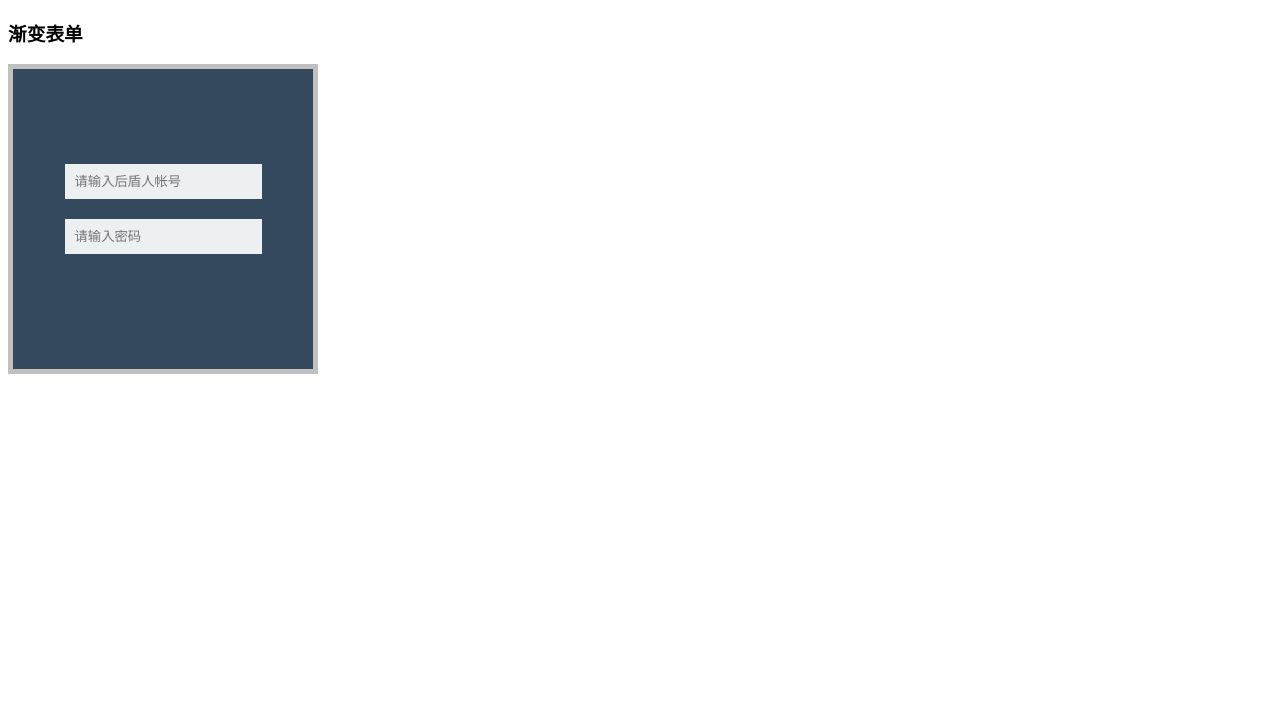
Repository: Aissd/animateDemo
Page: translate02.html
These files come from the project's save history. The page is drawn as it stood at one moment and after the next save; the edit follows.
The browser window is 1280 px wide. The pictures show the whole page.
The style sheet was rebuilt from its Sass, Less or Tailwind sources for each picture, by a compiler version that may differ from the author's.

Above is the page before, as saved 2020-05-13 09:01:50.

After the next save:
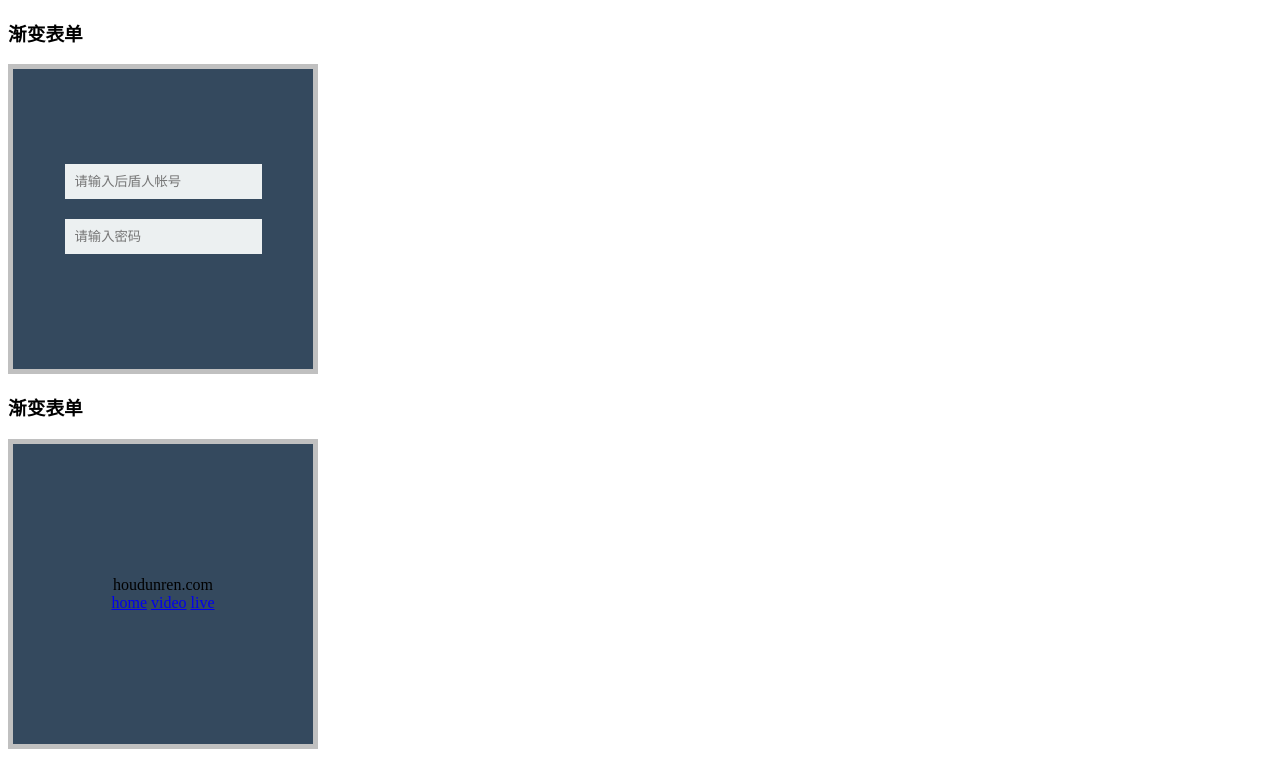
Saved 4 s later.
--- a/translate02.html
+++ b/translate02.html
@@ -19,6 +19,29 @@
                 </div>
             </main>
         </section>
+
+        <section class="demo-section">
+            <h3>渐变表单</h3>
+            <div class="demo12">
+                <main>
+                    <div id="home">
+                        <i class="fa fa-home" aria-hidden="true"></i>
+                        houdunren.com
+                    </div>
+                    <div id="video">
+                        <i class="fa fa-vimeo" aria-hidden="true"></i>
+                    </div>
+                    <div id="live">
+                        <i class="fa fa-viadeo" aria-hidden="true"></i>
+                    </div>
+                </main>
+                <nav>
+                    <a href="#home">home</a>
+                    <a href="#video">video</a>
+                    <a href="#live">live</a>
+                </nav>
+            </div>
+        </section>
     </div>
 </body>
 </html>
